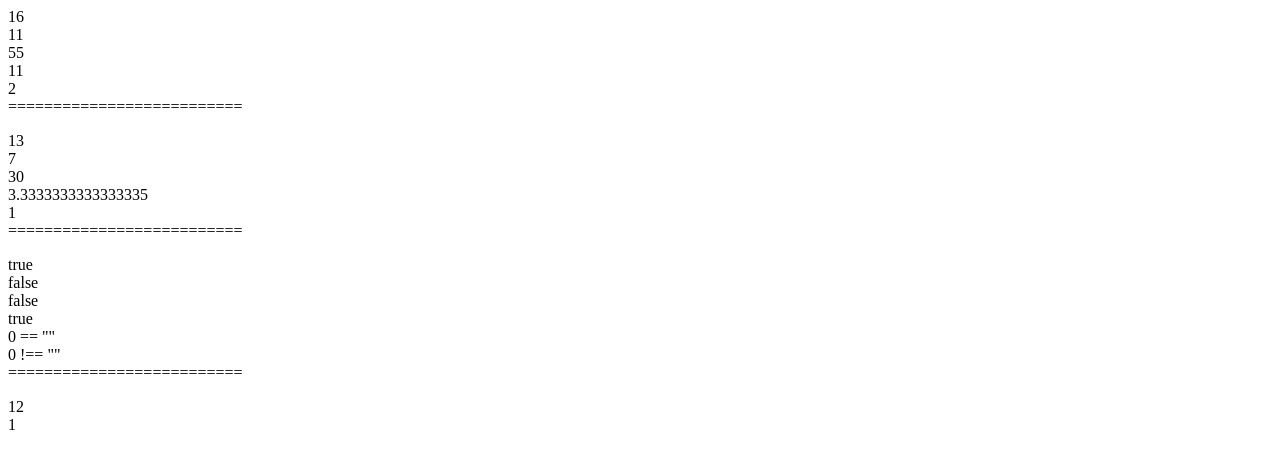
Repository: Seonhanbit/dev
Page: work_frontend/JavaScriptEx/WebContent/01.01.syntax.html
An editor plug-in stored every save of this project. The page is shown before and after the next save, followed by the edit.
The browser window is 1280 px wide. The pictures show the whole page.

Above is the page before, as saved 2019-09-02 01:25:12.

After the next save:
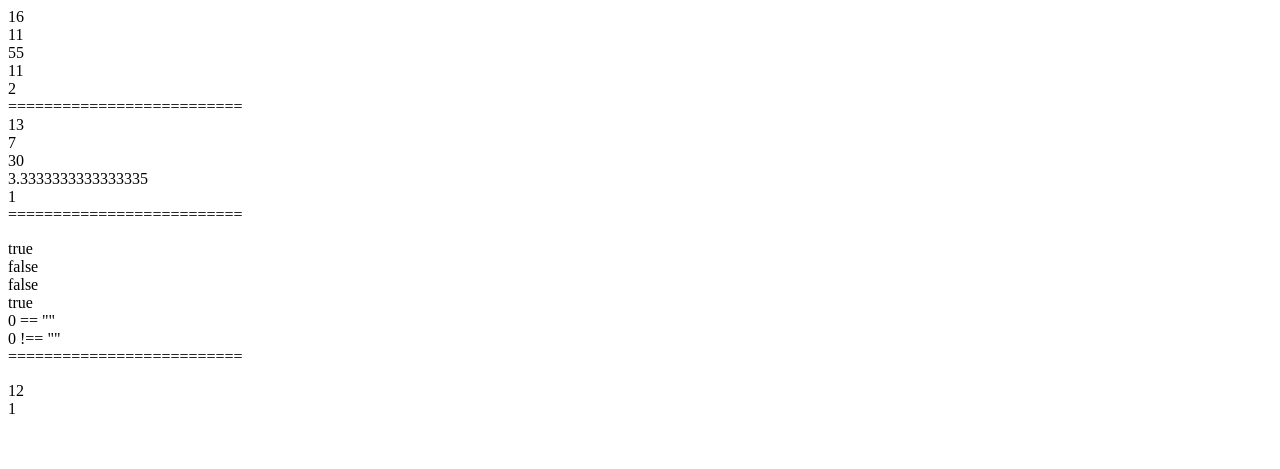
Saved 6 min 17 s later.
--- a/work_frontend/JavaScriptEx/WebContent/01.01.syntax.html
+++ b/work_frontend/JavaScriptEx/WebContent/01.01.syntax.html
@@ -22,7 +22,7 @@
 	num2 %= 3; //기존에 num2에 저장된 20에 3으로 나눈 나머지값을 num1에 저장합니다.
 	document.write(num2 + "<br />"); //출력 2
 	/*=======================*/
-	document.write("==========================<p/>");
+	document.write("==========================<br/>");
 	var A = 10;
 	var B = 3;
 	var result;
